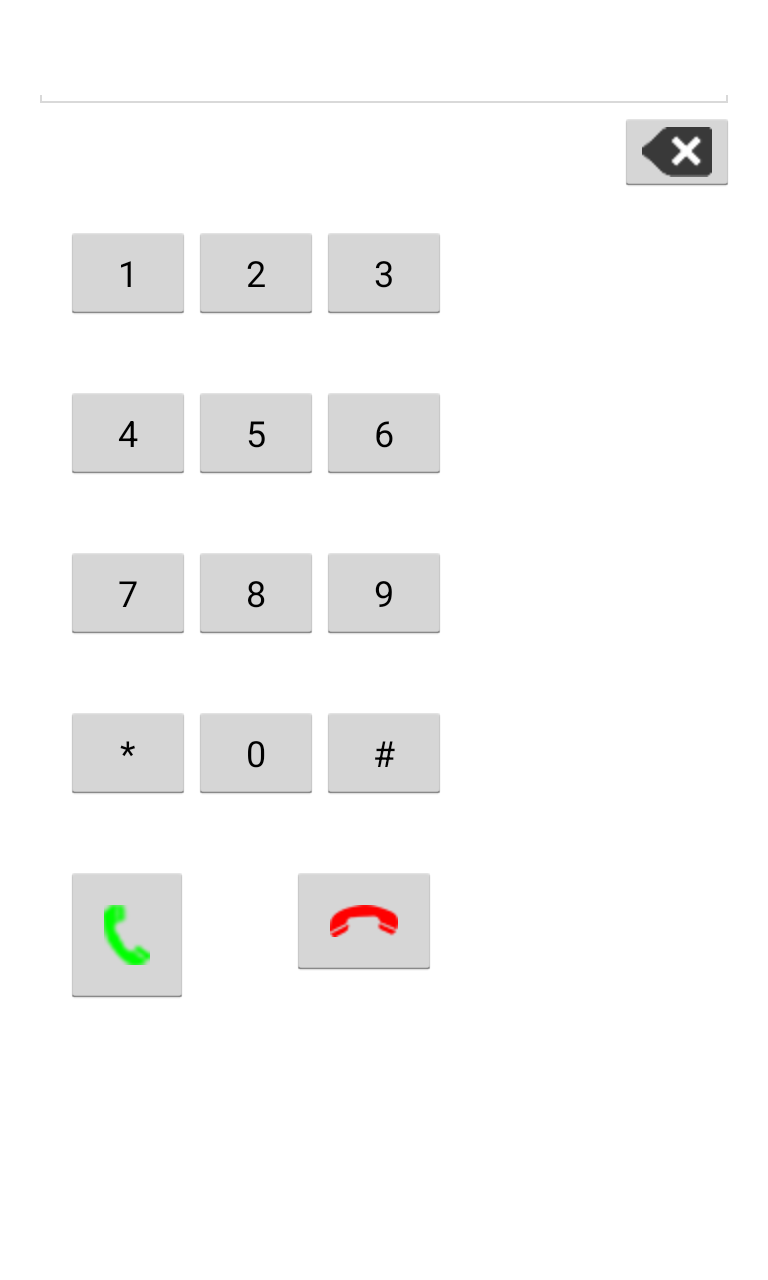
Repository: andreeastoican/Laborator03
Layout: PhoneDialer/res/layout/activity_phone_dialer.xml
An editor plug-in stored every save of this project. The layout is shown before and after the next save, followed by the edit.
It is drawn on a 768 x 1280 px phone screen (xhdpi) without system bars, with theme AppTheme; the app's code is not run.

Above is the layout before, as saved 2015-03-10 09:46:05.

### PhoneDialer/res/layout/activity_phone_dialer.xml
<RelativeLayout xmlns:android="http://schemas.android.com/apk/res/android"
    xmlns:tools="http://schemas.android.com/tools"
    android:layout_width="match_parent"
    android:layout_height="match_parent"
    android:paddingBottom="@dimen/activity_vertical_margin"
    android:paddingLeft="@dimen/activity_horizontal_margin"
    android:paddingRight="@dimen/activity_horizontal_margin"
    android:paddingTop="@dimen/activity_vertical_margin"
    tools:context="ro.pub.cs.systems.pdsd.lab03.phonedialer.PhoneDialerActivity" >

    <EditText
        android:id="@+id/id_edit_text"
		android:layout_width="fill_parent"
	    android:layout_height="wrap_content"
	    android:ems="10"
	    android:inputType="text"
	    android:enabled="false"
        />

    <ImageButton
        android:id="@+id/id_img_button"
        android:layout_width="wrap_content"
        android:layout_height="wrap_content"
        android:src="@drawable/backspace"
        android:layout_below="@id/id_edit_text"
        android:layout_alignParentRight="true"
    	/>

	<LinearLayout
	      android:id="@+id/layout1"
		  android:layout_below="@id/id_img_button"
		  android:layout_width="wrap_content"
		  android:layout_height="wrap_content"
		  android:paddingBottom="@dimen/activity_vertical_margin"
		  android:paddingLeft="@dimen/activity_horizontal_margin"
		  android:paddingRight="@dimen/activity_horizontal_margin"
		  android:paddingTop="@dimen/activity_vertical_margin"
		  android:orientation="horizontal">

			<Button
			    android:id="@+id/id1"
			    android:layout_width="wrap_content"
		        android:layout_height="wrap_content"
		        android:text="1"
			    />
			<Button
			    android:id="@+id/id2"
			    android:layout_width="wrap_content"
		        android:layout_height="wrap_content"
		        android:text="2"
			    />
			<Button
			    android:id="@+id/id3"
			    android:layout_width="wrap_content"
		        android:layout_height="wrap_content"
		        android:text="3"
			    />

	</LinearLayout>

	<LinearLayout
	  android:layout_below="@id/layout1"
	  android:id="@+id/layout2"
	  android:layout_width="wrap_content"
	  android:layout_height="wrap_content"
	  android:paddingBottom="@dimen/activity_vertical_margin"
	  android:paddingLeft="@dimen/activity_horizontal_margin"
	  android:paddingRight="@dimen/activity_horizontal_margin"
	  android:paddingTop="@dimen/activity_vertical_margin"
	  android:orientation="horizontal">

		<Button
		    android:id="@+id/id4"
		    android:layout_width="wrap_content"
	        android:layout_height="wrap_content"
	        android:text="4"
		    />
		<Button
		    android:id="@+id/id5"
		    android:layout_width="wrap_content"
	        android:layout_height="wrap_content"
	        android:text="5"
		    />
		<Button
		    android:id="@+id/id6"
		    android:layout_width="wrap_content"
	        android:layout_height="wrap_content"
	        android:text="6"
		    />

	</LinearLayout>


	<LinearLayout
	  android:layout_below="@id/layout2"
	  android:id="@+id/layout3"
	  android:layout_width="wrap_content"
	  android:layout_height="wrap_content"
	  android:paddingBottom="@dimen/activity_vertical_margin"
	  android:paddingLeft="@dimen/activity_horizontal_margin"
	  android:paddingRight="@dimen/activity_horizontal_margin"
	  android:paddingTop="@dimen/activity_vertical_margin"
	  android:orientation="horizontal">

		<Button
		    android:id="@+id/id7"
		    android:layout_width="wrap_content"
	        android:layout_height="wrap_content"
	        android:text="7"
		    />
		<Button
		    android:id="@+id/id8"
		    android:layout_width="wrap_content"
	        android:layout_height="wrap_content"
	        android:text="8"
		    />
		<Button
		    android:id="@+id/id9"
		    android:layout_width="wrap_content"
	        android:layout_height="wrap_content"
	        android:text="9"
		    />

	</LinearLayout>

	<LinearLayout
	  android:layout_below="@id/layout3"
	  android:id="@+id/layout4"
	  android:layout_width="wrap_content"
	  android:layout_height="wrap_content"
	  android:paddingBottom="@dimen/activity_vertical_margin"
	  android:paddingLeft="@dimen/activity_horizontal_margin"
	  android:paddingRight="@dimen/activity_horizontal_margin"
	  android:paddingTop="@dimen/activity_vertical_margin"
	  android:orientation="horizontal">

		<Button
		    android:id="@+id/id10"
		    android:layout_width="wrap_content"
	        android:layout_height="wrap_content"
	        android:text="*"
		    />
		<Button
		    android:id="@+id/id0"
		    android:layout_width="wrap_content"
	        android:layout_height="wrap_content"
	        android:text="0"
		    />
		<Button
		    android:id="@+id/id11"
		    android:layout_width="wrap_content"
	        android:layout_height="wrap_content"
	        android:text="#"
		    />
	</LinearLayout>

	<RelativeLayout
	  android:layout_below="@id/layout4"
	  android:layout_width="wrap_content"
	  android:layout_height="wrap_content"
	  android:paddingBottom="@dimen/activity_vertical_margin"
	  android:paddingLeft="@dimen/activity_horizontal_margin"
	  android:paddingRight="@dimen/activity_horizontal_margin"
	  android:paddingTop="@dimen/activity_vertical_margin"
	  android:orientation="horizontal">

		<ImageButton
		    android:id="@+id/img_on"
		    android:layout_width="wrap_content"
	        android:layout_height="wrap_content"
	        android:src="@drawable/call"
	        android:padding="20dp"
		    />

		<ImageButton
		    android:id="@+id/img_off"
		    android:layout_width="wrap_content"
	        android:layout_height="wrap_content"
	        android:text="#"
	        android:layout_toRightOf="@id/img_on"
	        android:padding="20dp"
	        android:layout_marginLeft="50dp"
	        android:src="@drawable/hangup"
		    />
	</RelativeLayout>"

</RelativeLayout>

Loaded but not shown: PhoneDialer/res/values/styles.xml (common file); PhoneDialer/res/values-v11/styles.xml (common file); PhoneDialer/res/values-v14/styles.xml (common file); PhoneDialer/res/values/dimens.xml (common file); PhoneDialer/res/values-w820dp/dimens.xml (common file)

After the next save:
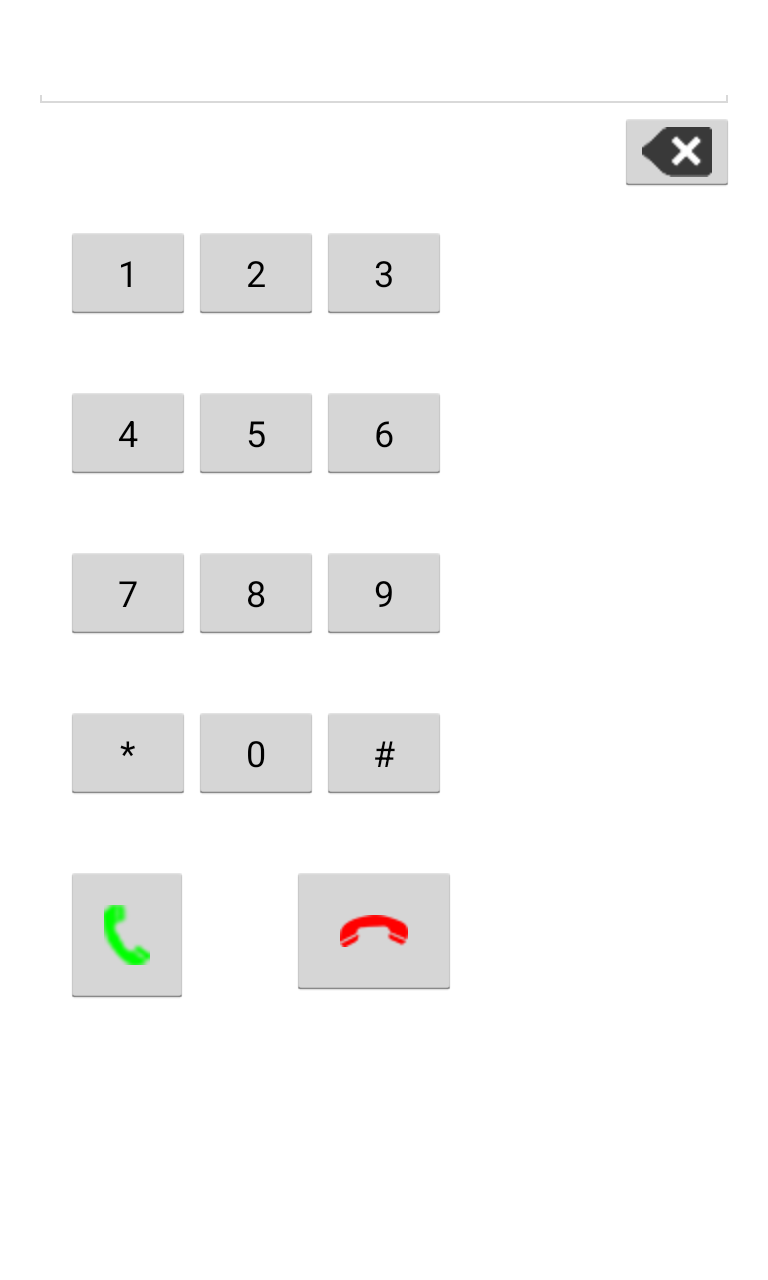
Saved 10 s later.
--- a/PhoneDialer/res/layout/activity_phone_dialer.xml
+++ b/PhoneDialer/res/layout/activity_phone_dialer.xml
@@ -178,7 +178,7 @@
 	        android:layout_height="wrap_content"
 	        android:text="#"
 	        android:layout_toRightOf="@id/img_on"
-	        android:padding="20dp"
+	        android:padding="25dp"
 	        android:layout_marginLeft="50dp"
 	        android:src="@drawable/hangup"
 		    />
